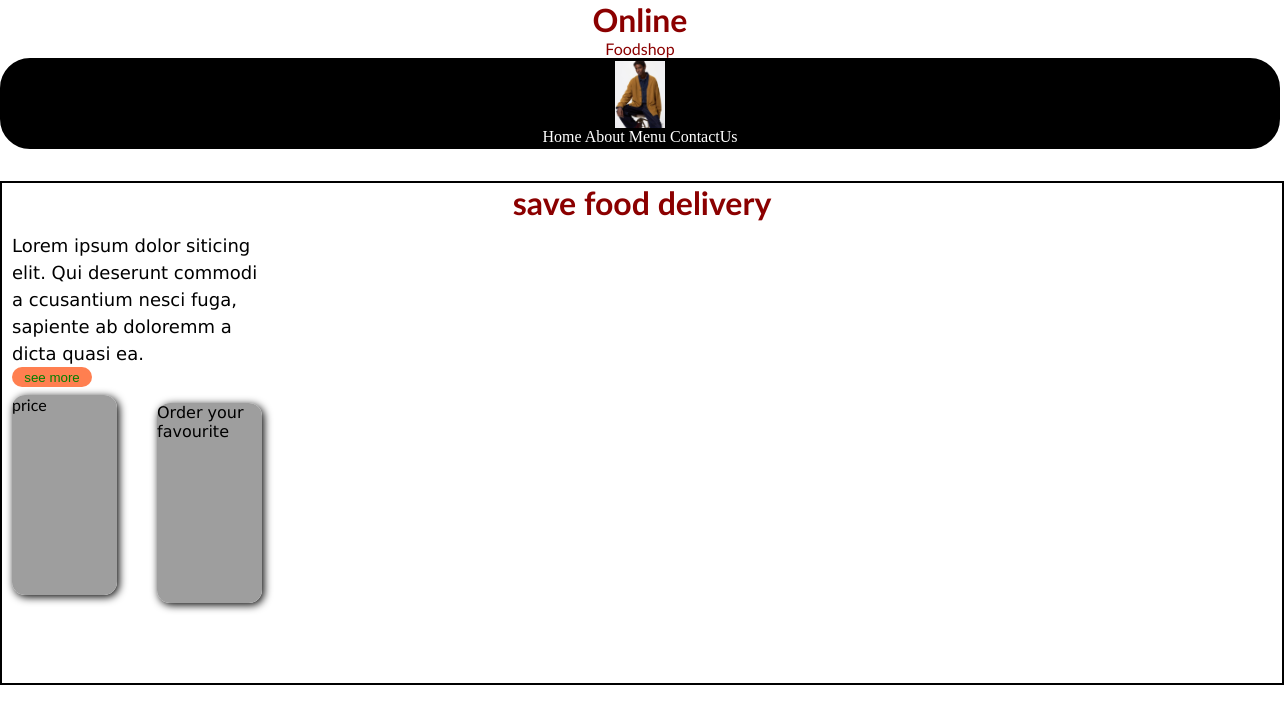
Repository: sristigupta04/basic-js-project
Page: online foood app.cpp/on.html
The author's editor kept a copy of each file at every save. The page is drawn from the files as they stood at one save, then again after the next save.
The browser window is 1280 px wide. The page is 1284 px wide, so the pictures cover 1284 px, including what lies to the right of the window. The pictures show the whole page.
Pictures or frames that could not be fetched are drawn as grey boxes.

Above is the page before, as saved 2025-11-15 23:47:02.

After the next save:
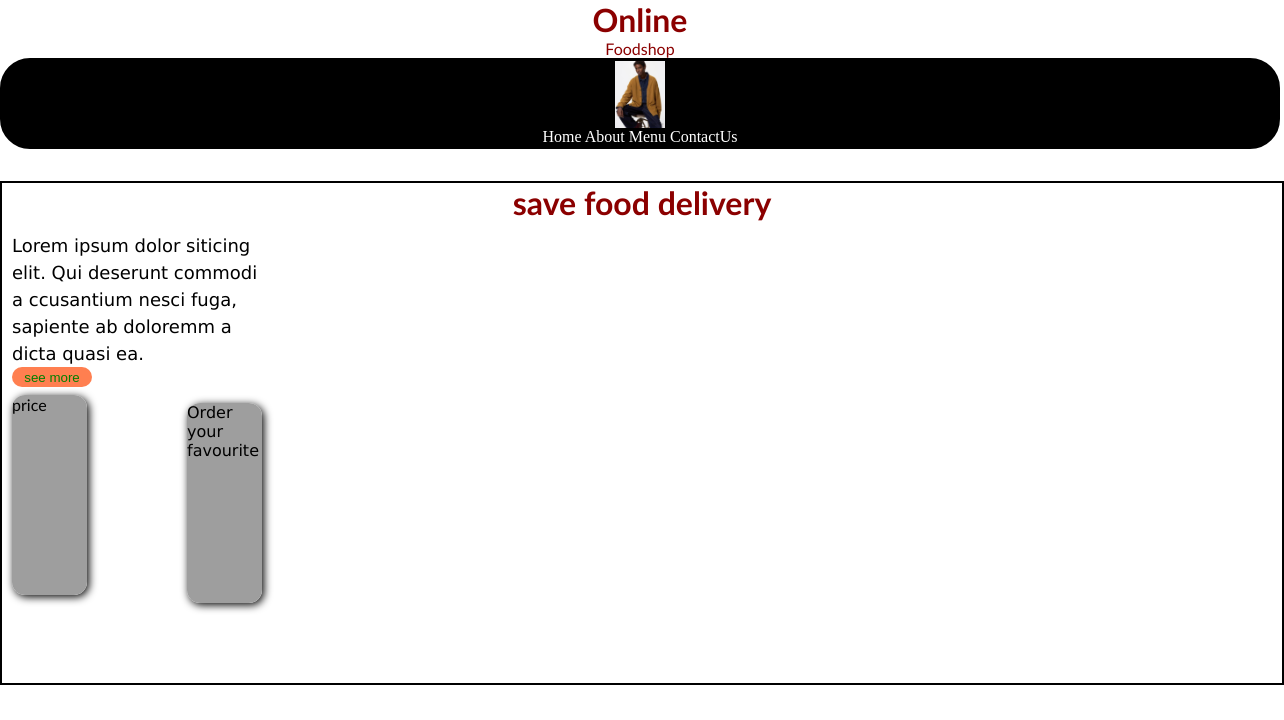
Saved 4 s later.
--- a/online foood app.cpp/on.css
+++ b/online foood app.cpp/on.css
@@ -107,7 +107,7 @@ button{
 }
 
 .file{
-    gap: 40px;;
+    gap: 100px;;
     display: flex;
     align-items: center;
     flex-direction: row;
